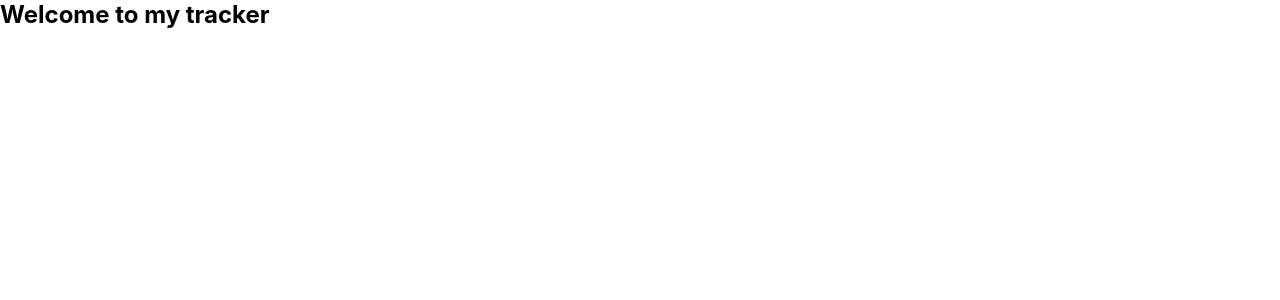
Repository: exiled-kal/2OnProcess
Page: /
These files come from the project's save history. The page is drawn as it stood at one moment and after a run of saves; the edit follows.
The browser window is 1280 px wide. The pictures show the whole page.
The project was rebuilt for these pictures with package versions that can differ from the ones it lists, and the page was loaded fresh each time.

Above is the page before, as saved 2020-08-16 16:44:37.

After the next 2 saves:
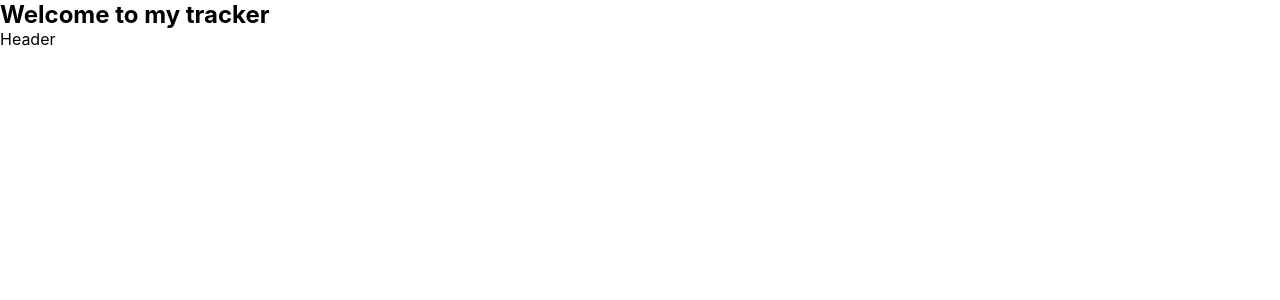
The 2 saves are shown as one change because they came seconds apart.
The last was saved 119 s later.
--- a/src/App.js
+++ b/src/App.js
@@ -5,6 +5,7 @@
   return (
     <div className="app">
       <h2>Welcome to my tracker</h2>
+      Header
     </div>
   );
 }

After the 3 saves that followed:
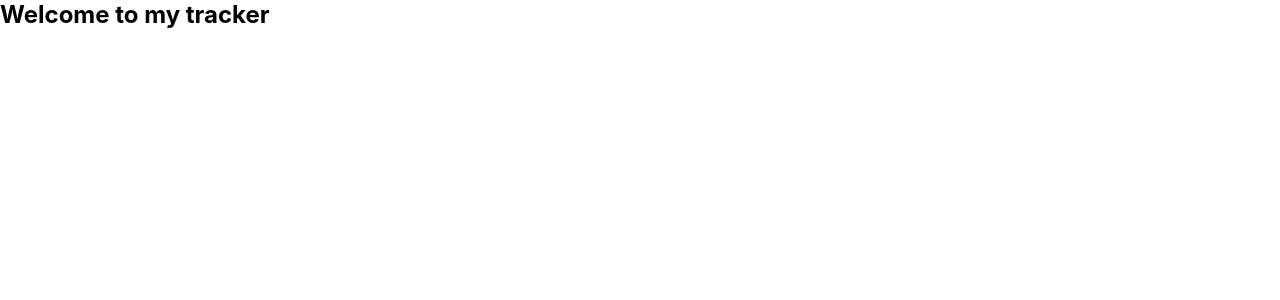
The 3 saves are shown as one change because they came seconds apart.
The last was saved 10 s later.
--- a/src/App.js
+++ b/src/App.js
@@ -5,7 +5,11 @@
   return (
     <div className="app">
       <h2>Welcome to my tracker</h2>
-      Header
+
+      {/* Header */}
+
+
+
     </div>
   );
 }
